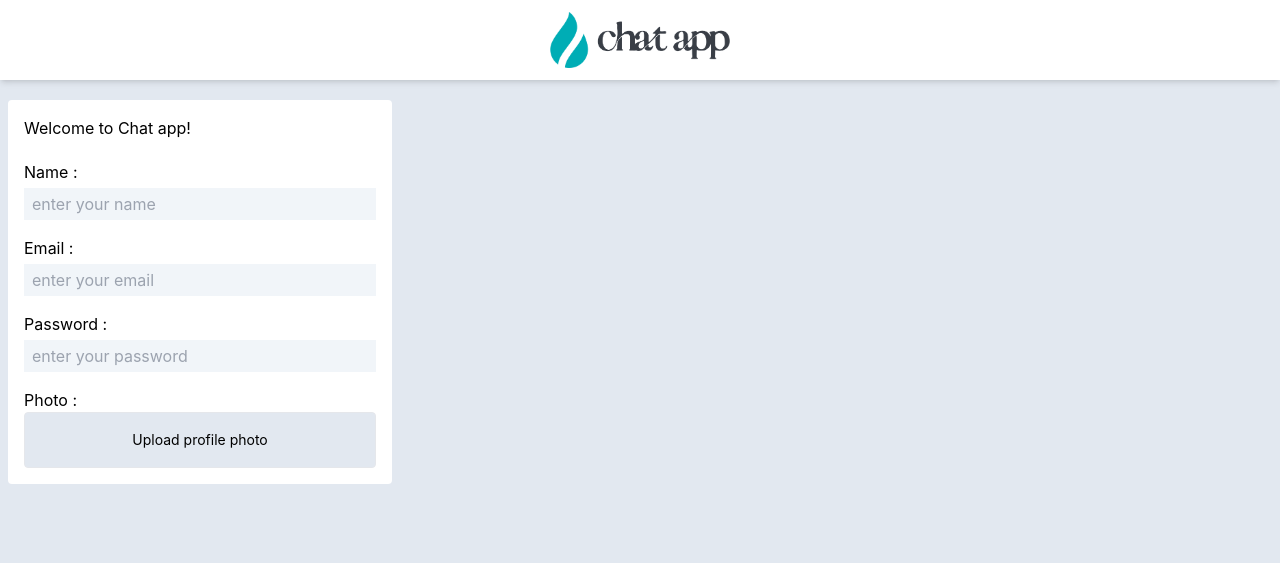
Repository: TharsikanV/chat-app
Page: /register (app in client/)
An editor plug-in stored every save of this project. The page is shown before and after a run of saves, followed by the edit.
The browser window is 1280 px wide. The pictures show the whole page.
The project was rebuilt for these pictures with package versions that can differ from the ones it lists, and the page was loaded fresh each time. Also part of the build but not shown: client/src/App.css, client/src/pages/Home.js, client/src/components/MessagePage.js. Imported but missing from the stored project, and not drawn on this page: client/src/pages/CheckEmailPage, client/src/pages/CheckPasswordPage.

Above is the page before, as saved 2024-06-16 21:05:05.

### client/src/index.js
import React from 'react';
import ReactDOM from 'react-dom/client';
import './index.css';
import App from './App';
import reportWebVitals from './reportWebVitals';
import { RouterProvider } from 'react-router-dom';
import router from './routes';

const root = ReactDOM.createRoot(document.getElementById('root'));
root.render(
  <React.StrictMode>
    <RouterProvider router={router}>
      <App />
    </RouterProvider>
  </React.StrictMode>
);

// If you want to start measuring performance in your app, pass a function
// to log results (for example: reportWebVitals(console.log))
// or send to an analytics endpoint. Learn more: https://bit.ly/CRA-vitals
reportWebVitals();

### client/src/index.css
@tailwind base;
@tailwind components;
@tailwind utilities;
body {
  margin: 0;
  font-family: -apple-system, BlinkMacSystemFont, 'Segoe UI', 'Roboto', 'Oxygen',
    'Ubuntu', 'Cantarell', 'Fira Sans', 'Droid Sans', 'Helvetica Neue',
    sans-serif;
  -webkit-font-smoothing: antialiased;
  -moz-osx-font-smoothing: grayscale;
  @apply bg-slate-200
}

code {
  font-family: source-code-pro, Menlo, Monaco, Consolas, 'Courier New',
    monospace;
}

### client/src/App.js
import { Outlet } from 'react-router-dom';
import './App.css';

function App() {
  return (
   <main>
    <Outlet/>
   </main>
  );
}

export default App;

### client/src/routes/index.js
import { createBrowserRouter } from "react-router-dom";
import App from "../App";
import RegisterPage from "../pages/RegisterPage";
import CheckEmailPage from "../pages/CheckEmailPage";
import CheckPasswordPage from "../pages/CheckPasswordPage";
import Home from "../pages/Home";
import MessagePage from "../components/MessagePage";
import AuthLayouts from "../layout";

const router=createBrowserRouter([
    {
        path:"/",
        element:<App/>,
        children:[
            {
                path:"register",
                element:<AuthLayouts><RegisterPage/></AuthLayouts>
            },
            {
                path:'email',
                element:<AuthLayouts><CheckEmailPage/></AuthLayouts>
            },
            {
                path:'password',
                element:<AuthLayouts><CheckPasswordPage/></AuthLayouts>
            },
            {
                path:"",
                element:<Home/>,
                children:[
                    {
                        path:':userId',
                        element:<MessagePage/>
                    }
                ]
            }
        ]
    }
])


export default router

### client/src/pages/RegisterPage.js
import React, { useState } from 'react'
import { IoClose } from "react-icons/io5";

const RegisterPage = () => {
  const [data,setData] = useState({
    name : "",
    email : "",
    password : "",
    profile_pic : ""
  })
  const [uploadPhoto,setUploadPhoto] = useState("")
  const handleOnChange = (e)=>{
    const { name, value} = e.target

    setData((preve)=>{
      return{
          ...preve,
          [name] : value
      }
    })
  }

  const handleUploadPhoto=(e)=>{
    const file=e.target.files[0]

    setUploadPhoto(file)
  }

  const handleClearUploadPhoto=(e)=>{
    e.stopPropagation()
    e.preventDefault()
    setUploadPhoto(null)
  }

  const handleSubmit=(e)=>{
    e.preventDefault()
    e.stopPropagation()
  }

  return (
    <div className='mt-5'>
      <div className='bg-white w-full max-w-sm  rounded overflow-hidden p-4 mx-2'>
        <h3>Welcome to Chat app!</h3>
        <form className='grid gap-4 mt-5' onSubmit={handleSubmit}>
        <div  className='flex flex-col gap-1'>
          <label htmlFor='name'>Name :</label>
          <input
            type='text'
            id='name'
            name='name'
            placeholder='enter your name'
            className='bg-slate-100 px-2 py-1 focus:outline-primary'
            value={data.name}
            onChange={handleOnChange}
            required
          />
        </div>
        <div className='flex flex-col gap-1'>
                <label htmlFor='email'>Email :</label>
                <input
                  type='email'
                  id='email'
                  name='email'
                  placeholder='enter your email'
                  className='bg-slate-100 px-2 py-1 focus:outline-primary'
                  value={data.email}
                  onChange={handleOnChange}
                  required
                />
              </div>

              <div className='flex flex-col gap-1'>
                <label htmlFor='password'>Password :</label>
                <input
                  type='password'
                  id='password'
                  name='password'
                  placeholder='enter your password'
                  className='bg-slate-100 px-2 py-1 focus:outline-primary'
                  value={data.password}
                  onChange={handleOnChange}
                  required
                />
              </div>
              <div className='flex flex-col gap-1'>
                <label htmlFor='profile_pic'>Photo :
                <div className='h-14 bg-slate-200 flex justify-center items-center rounded border hover:border-primary cursor-pointer'>
                  <p className='text-sm max-w-[300px] text-ellipsis line-clamp-1'>
                    {
                      uploadPhoto?.name ? uploadPhoto?.name : "Upload profile photo"
                    }
                  </p>
                  {
                    uploadPhoto?.name && (
                      <button className='text-lg ml-2 hover:text-red-600' onClick={handleClearUploadPhoto}>
                        <IoClose/>
                      </button>
                    )
                  }

                </div>
                </label>

                <input
                  type='file'
                  id='profile_pic'
                  name='profile_pic'
                  className='bg-slate-100 px-2 py-1 focus:outline-primary hidden'
                  onChange={handleUploadPhoto}
                />
              </div>
      </form>
      </div>

    </div>
  )
}

export default RegisterPage

### client/src/layout/index.js
import React from 'react'
import logo from '../assets/logo.png'

const AuthLayouts = ({children}) => {
  return (
    <>
        <header className='flex justify-center items-center py-3 h-20 shadow-md bg-white'>
            <img
              src={logo}
              alt='logo'
              width={180}
              height={60}
            />
        </header>
        { children }
    </>
  )
}

export default AuthLayouts

### client/tailwind.config.js
/** @type {import('tailwindcss').Config} */
module.exports = {
  content: [
    "./src/**/*.{js,jsx,ts,tsx}",
  ],
  theme: {
    extend: {
      colors:{
        primary:"#00acb4"
      }
    },
  },
  plugins: [],
}

Loaded but not shown: client/public/index.html (common file); client/src/reportWebVitals.js (common file)

After the next 2 saves:
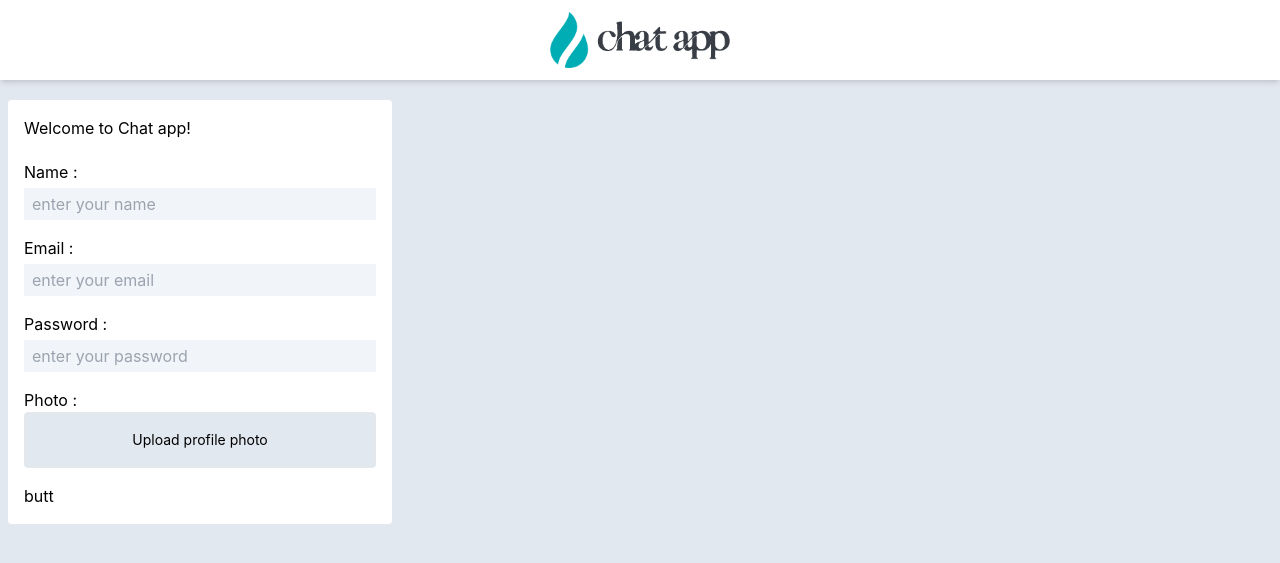
The 2 saves are shown as one change because they came seconds apart.
The last was saved 63 s later.
--- a/client/src/pages/RegisterPage.js
+++ b/client/src/pages/RegisterPage.js
@@ -109,6 +109,8 @@ const RegisterPage = () => {
                   onChange={handleUploadPhoto}
                 />
               </div>
+
+              butt
       </form>
       </div>
 
